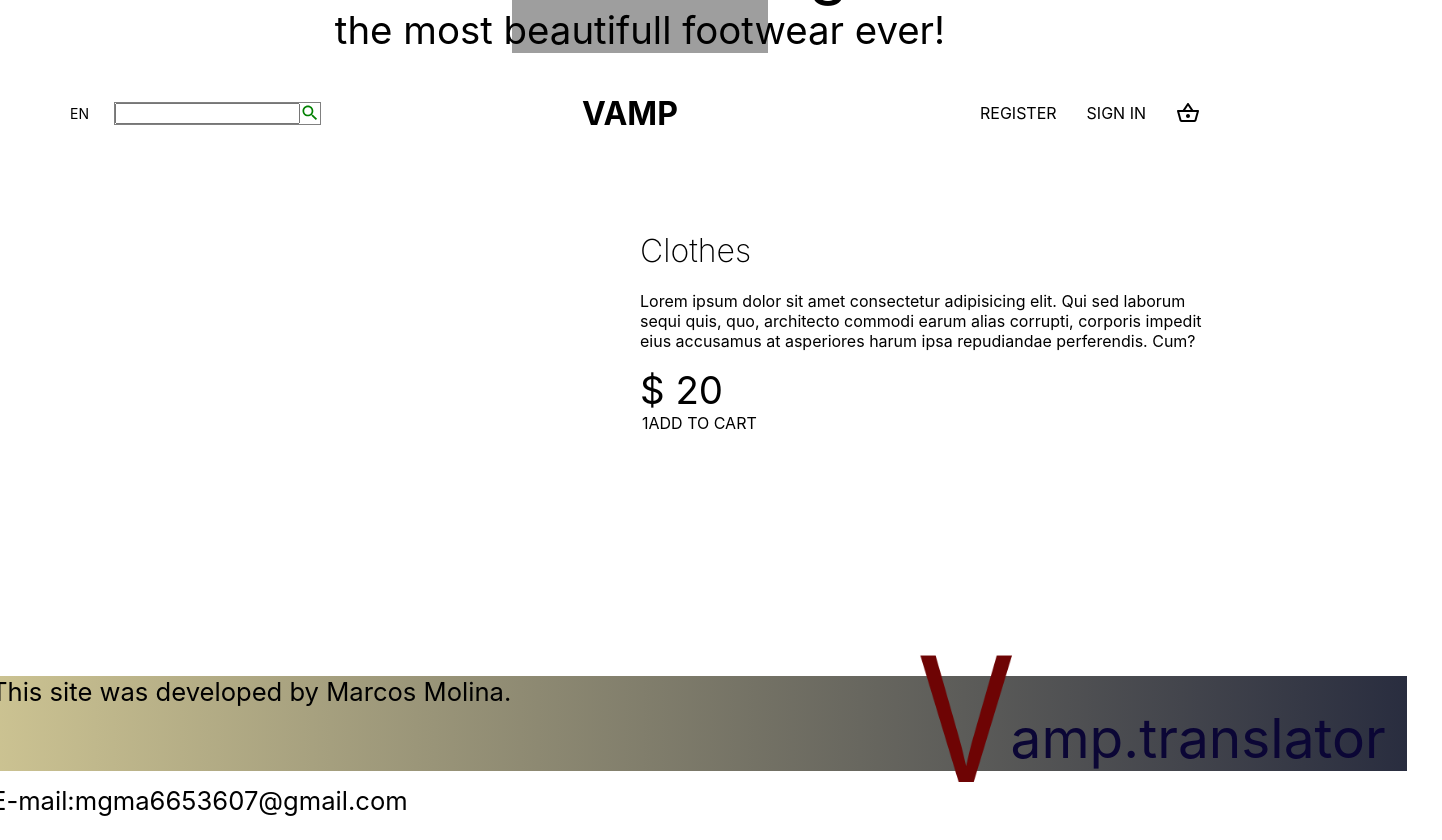
Repository: mgma2005/ecoeli
Page: /
These files come from the project's save history. The page is drawn as it stood at one moment and after a run of saves; the edit follows.
The browser window is 1280 px wide. The page is 1407 px wide, then 1442 px, so the pictures cover 1442 px, including what lies to the right of the window. The pictures show the part of the page from y = 120 to 960 px (the page is 960 px tall).
Pictures or frames that could not be fetched are drawn as grey boxes. The project was rebuilt for these pictures with package versions that can differ from the ones it lists, and the page was loaded fresh each time. Also part of the build but not shown: src/App.css.

Above is the page before, as saved 2022-05-14 17:40:25.

### src/App.js

import './App.css';
//import Home from './pages/Home';
import React from 'react';
//import ProductList from './pages/ProductList';
import Product from './pages/Product';


function App() {
  return <Product />
}

export default App;

### src/pages/Product.jsx
import { Add } from "@material-ui/icons";
import { Remove } from "@material-ui/icons";
import styled from "styled-components";
//import Product from '../pages/Product';
import Announcement from "../Components/Announcement";
import Navbar from '../pages/Navbar';
import Footer from '../Components/Footer';




const Container = styled.div`
  padding: 50px;

`;

const Wrapper = styled.div`
  display: flex;
`;

const ImgContainer = styled.div`
  flex: 1;
`;

const Image = styled.div`
  width: 100%;
  height: 90vh;
  object-fit: cover;
`;

const InfoContainer = styled.div`
  flex: 1;
  padding: 0px 50 px;
`;

const Title = styled.h1`
  font-weight: 200;
  margin-top: 20%;
`;

const Desc = styled.p``;

const Price = styled.span`
  font-size: 3vw;
`;

const AddContainer = styled.option`
  display: flex;
  align-items: center;
  width: 50%;
  justify-content: space-between;
`;
const AmountContainer = styled.div`
  display: flex;
  align-items: center;
  font-weight: 700;
`;
const Amount = styled.span``;

const Button = styled.button``;





const Product = ({ item }) => {
  return (
    <Container>
        <Announcement/>
        <Navbar/>
        <Wrapper>
        <ImgContainer>
        <Image src="https://www.tactimex.com/wp-content/uploads/2018/11/Googles1.jpg"/>
        </ImgContainer>
        <InfoContainer>
          <Title>Clothes</Title>
          <Desc>Lorem ipsum dolor sit amet consectetur adipisicing elit. Qui sed laborum sequi quis, quo, architecto commodi earum alias corrupti, corporis impedit eius accusamus at asperiores harum ipsa repudiandae perferendis. Cum? </Desc>
          <Price>$ 20</Price>
          <AddContainer>

            <AmountContainer>
              <Remove/>
              <Amount>1</Amount>
              <Add/>
            </AmountContainer>
            <Button>ADD TO CART</Button>
          </AddContainer>
        </InfoContainer>
      </Wrapper>
      <Footer />
    </Container>
  );
};

export default Product;

### src/Components/Announcement.jsx
import styled from "styled-components";
import React from "react";

const Text = styled.div`
  font-size: 5vw;
  text-align: center;
  background-image: url("https://img.freepik.com/foto-gratis/bandera-argentina-sobre-fondo-blanco_532129-292.jpg?w=900");
  background-size: 20vw;
  background-repeat: no-repeat;
  background-position: center;



`

const P = styled.div`
  font-size: 3vw;
`


const Announcement = () => {
  return (
    <Text>
          Wellcome to Miss Argentina...
        <P>
          the most beautifull footwear ever!
        </P>
    </Text>
  )
}

export default Announcement

### src/pages/Navbar.jsx
import React from 'react';
import styled from 'styled-components';
import { Search, ShoppingBasketOutlined } from "@material-ui/icons";
import { Badge } from '@material-ui/core';



const Container = styled.div`
height: 60px;

`

const Wrapper = styled.div`
padding: 10px 20px;
display: flex;
align-items: center;
justify-content: space-between;

`

const Left = styled.div`
flex: 1;
display: flex;
align-items: center;
`

const Language = styled.span`
    font-size: 14px;
    cursor: pointer;
`

const SearchContainer = styled.div`
    border: 1px solid gray;
    display: flex;
    align-items: center;
    margin-left: 25px;
`

const Input = styled.input`
    border= none;
`
const Logo = styled.h1`
    font-weight: bold;
`


const Center = styled.div`
flex: 1;
text-align: center;
`
const Right = styled.div`
flex: 1;
display: flex;
align-items: center;
justify-content: flex-end;
`

const MenuItem = styled.div`
    font-size= 14px;
    cursor: pointer;
`

function Navbar() {
    return (
        <Container>
            <Wrapper>
            <Left>
               <Language>EN</Language>
               <SearchContainer>
                   <Input/>
                   <Search style={{color:"green", fontSize: 20}}/>
               </SearchContainer>
            </Left>
            <Center><Logo>VAMP</Logo></Center>
            <Right style={{padding: 5, margin: 5}}>
                <MenuItem>REGISTER</MenuItem>
                <MenuItem style={{padding: 30}}>SIGN IN</MenuItem>
                <MenuItem>
                <Badge badgecontent={4} color="primary">
                    <ShoppingBasketOutlined/>
                </Badge>
                </MenuItem>

            </Right>
            </Wrapper>
        </Container>
    );
}

export default Navbar;

### src/Components/Footer.jsx
import React from 'react';
import '../style.css';

  function Footer() {
	return (
		<div className="row">
			<div className="cont2">
				<div className="thissite">This site was developed by Marcos Molina.</div>
				<div className="email">E-mail:mgma6653607@gmail.com</div>
				<div className="col-6">
					<div className="V">V</div>
					<div className="ampi">amp.translator</div>
				</div>
			</div>
		</div>
	);
}

export default Footer;

### src/style.css
.cont2{
    margin-left: -5%;
    width: 120%;
    height: auto;
    background: linear-gradient(to right, rgb(204, 195, 146),rgb(41, 45, 63));

}

.thissite{
    font-size: 2vw;
    width: 70vw;

    margin-top: -6%;

}

.email{
    font-size: 2vw;
    align-content: center;
    margin-top: 5.5%;

}

.V{

        color: rgb(110, 4, 4);
        font-family: Courier;
        font-size: 15vw;
        margin-left: 64%;
        margin-top: -13.7%;



        animation-name: vamp;
        animation-timing-function: linear;
        animation-duration: 4s;
        -webkit-transform-origin-x: 5vw;
        animation-iteration-count: infinite;
    }
    @keyframes vamp{
        from{transform: rotateY(0deg);}
        to{transform: rotateY(360deg);}
    }


.ampi{
    font-size: 4.3vw;
    margin-left: 72%;
    margin-top: -9.5%;
    color: rgb(11, 6, 53);



}

Loaded but not shown: public/index.html (common file); src/index.js (common file); src/index.css (common file); src/reportWebVitals.js (common file)

After the next 2 saves:
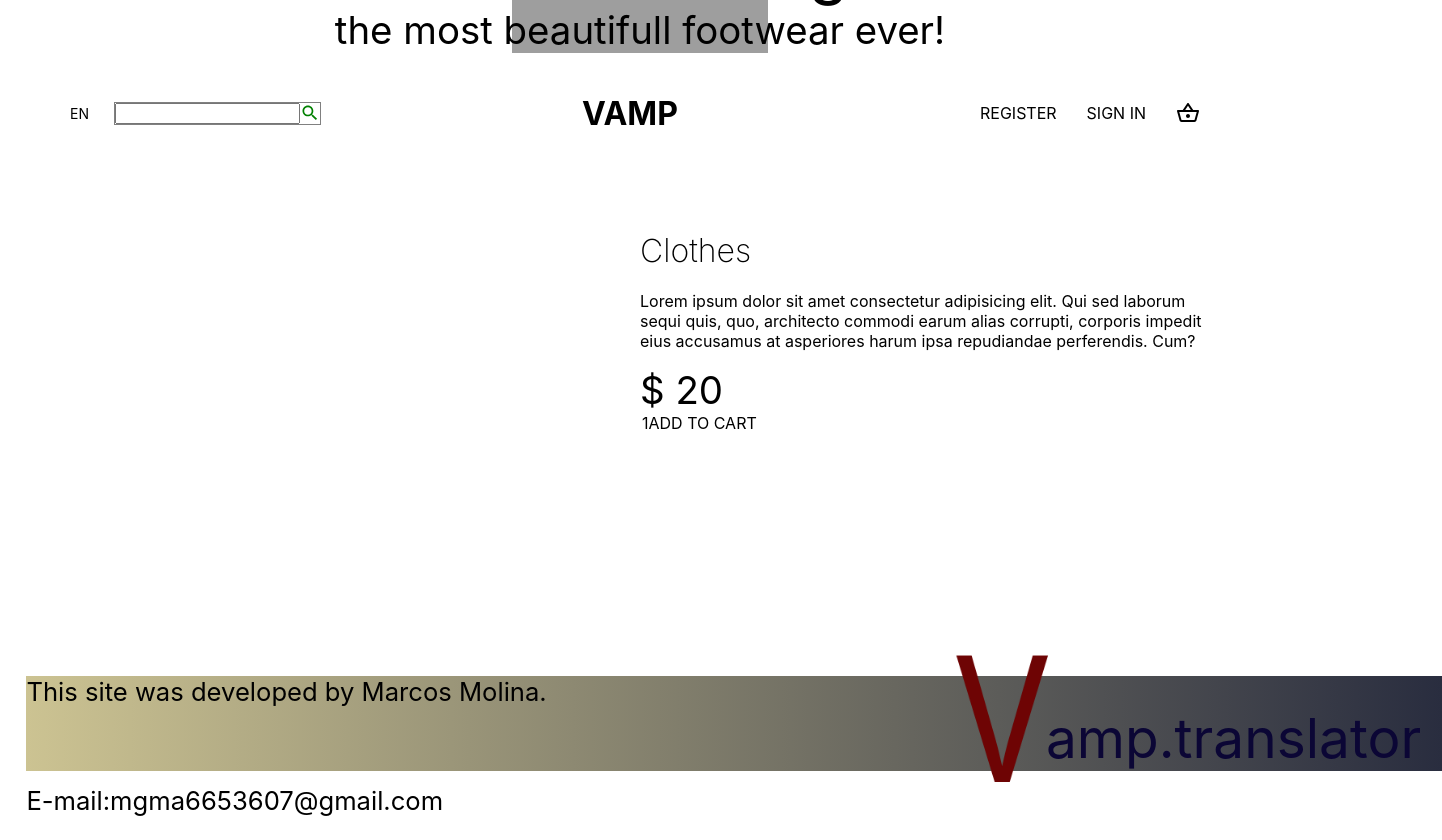
The 2 saves are shown as one change because they came seconds apart.
The last was saved 14 s later.
--- a/src/style.css
+++ b/src/style.css
@@ -1,5 +1,5 @@
 .cont2{
-    margin-left: -5%;
+    margin-left: -2%;
     width: 120%;
     height: auto;
     background: linear-gradient(to right, rgb(204, 195, 146),rgb(41, 45, 63));
